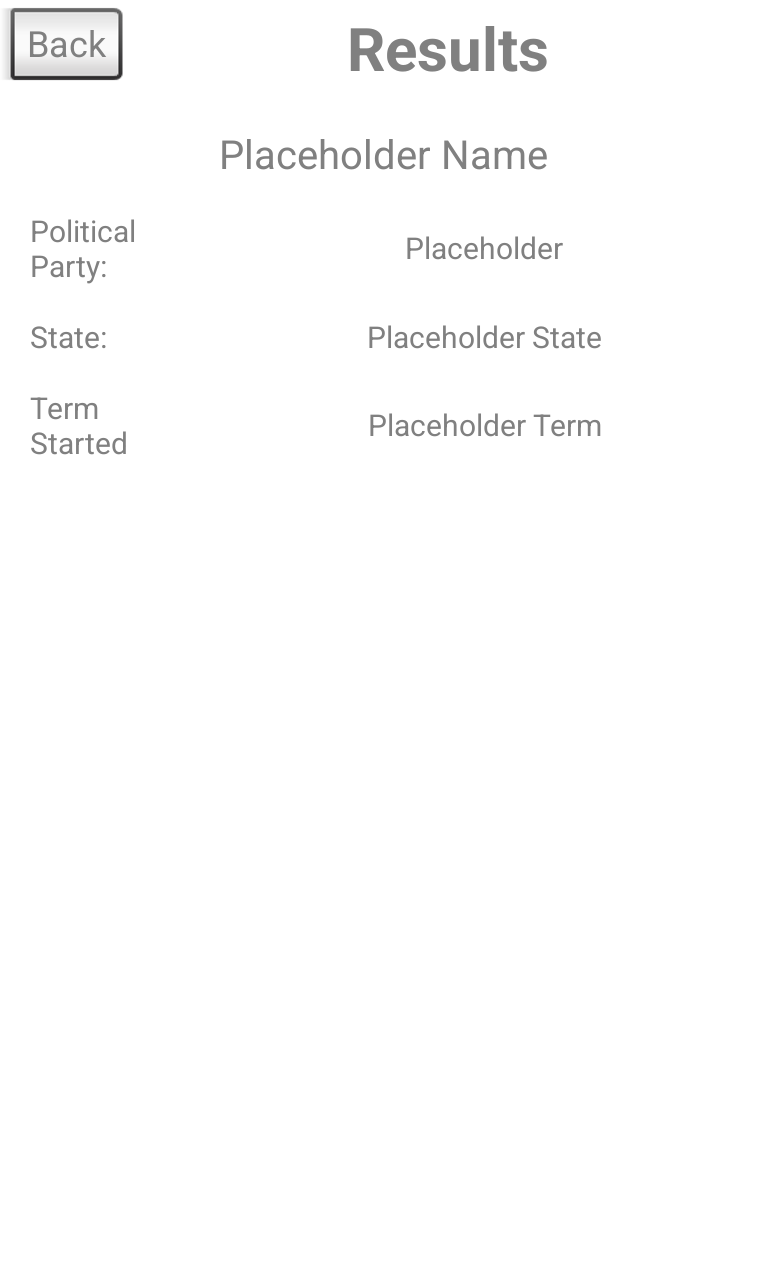
Repository: scottcaruso/Java_I_1307_Week4
Layout: myGov/res/layout/politician_display.xml
These files come from the project's save history. The layout is drawn as it stood at one moment and after the next save; the edit follows.
It is drawn on a 768 x 1280 px phone screen (xhdpi) without system bars, with theme AppTheme; the app's code is not run.

Above is the layout before, as saved 2013-08-01 21:15:38.

### myGov/res/layout/politician_display.xml
<?xml version="1.0" encoding="utf-8"?>
<LinearLayout xmlns:android="http://schemas.android.com/apk/res/android"
    android:layout_width="match_parent"
    android:layout_height="match_parent"
    android:orientation="vertical" >


    <LinearLayout
        android:layout_width="match_parent"
        android:layout_height="wrap_content"
        android:orientation="horizontal">
	    <Button
	        android:id="@+id/back"
	        style="@android:style/Widget.Holo.Button.Inset"
	        android:layout_width="wrap_content"
	        android:layout_height="wrap_content"
	        android:hint="@string/back" />

	    <TextView
	        android:id="@+id/foundpoliticians"
	        android:layout_width="match_parent"
	        android:layout_height="wrap_content"
	        android:layout_gravity="center"
	        android:gravity="center"
	        android:hint="@string/results"
	        android:textStyle="bold"
	        android:textSize="30sp" />

    </LinearLayout>

        <TextView
            android:id="@+id/politicianName"
            android:layout_width="wrap_content"
            android:layout_height="wrap_content"
            android:layout_gravity="center_horizontal"
            android:layout_marginTop="15dp"
            android:gravity="center"
            android:hint="@string/politician_name"
            android:textSize="20sp" />

     <LinearLayout
         android:id="@+id/partyLayout"
         android:layout_width="match_parent"
         android:layout_height="wrap_content"
         android:layout_marginTop="15dp"
         android:orientation="horizontal" >

         <TextView
             android:id="@+id/partylabel"
             android:layout_width="85dp"
             android:layout_height="wrap_content"
             android:layout_marginLeft="15dp"
             android:hint="@string/political_party_"
             android:textSize="15sp" />

         <TextView
             android:id="@+id/partytext"
             android:layout_width="match_parent"
             android:layout_height="wrap_content"
             android:layout_gravity="center"
	         android:gravity="center"
             android:hint="@string/placeholder"
             android:textSize="15sp" />
     </LinearLayout>

     <LinearLayout
         android:id="@+id/stateLayout"
         android:layout_width="match_parent"
         android:layout_height="wrap_content"
         android:layout_marginTop="15dp"
         android:orientation="horizontal" >

         <TextView
             android:id="@+id/statelabel"
             android:layout_width="85dp"
             android:layout_height="wrap_content"
             android:layout_marginLeft="15dp"
             android:hint="@string/state_"
             android:textSize="15sp" />

         <TextView
             android:id="@+id/partytext"
             android:layout_width="match_parent"
             android:layout_height="wrap_content"
             android:layout_gravity="center"
	         android:gravity="center"
             android:hint="@string/placeholder_state"
             android:textSize="15sp" />

     </LinearLayout>

     <LinearLayout
         android:id="@+id/termLayout"
         android:layout_width="match_parent"
         android:layout_height="wrap_content"
         android:layout_marginTop="15dp"
         android:orientation="horizontal" >

         <TextView
             android:id="@+id/termLabel"
             android:layout_width="85dp"
             android:layout_height="wrap_content"
             android:layout_marginLeft="15dp"
             android:hint="@string/term_started"
             android:textSize="15sp" />

         <TextView
             android:id="@+id/termText"
             android:layout_width="match_parent"
             android:layout_height="wrap_content"
             android:layout_gravity="center"
	         android:gravity="center"
             android:hint="@string/placeholder_term"
             android:textSize="15sp" />

     </LinearLayout>

final TextView polLabel = UIElementCreator.createLabel(currentMainContext, "Politician Name: ");
				final TextView polPartyLabel = UIElementCreator.createLabel(currentMainContext, "Party Affiliaition: ");
				final TextView polStateLabel = UIElementCreator.createLabel(currentMainContext, "From State: ");
				final TextView polTermLabel = UIElementCreator.createLabel(currentMainContext, "Term Started: ");
				final TextView polTwitterLabel = UIElementCreator.createLabel(currentMainContext, "Twitter Handle: ");
				final TextView polWebsiteLabel = UIElementCreator.createLabel(currentMainContext, "Website Address: ");

				final TextView polName = UIElementCreator.createLabel(currentMainContext,thisPol.getString("Name"));
				final TextView polParty = UIElementCreator.createLabel(currentMainContext, thisPol.getString("Party"));
				final TextView polState = UIElementCreator.createLabel(currentMainContext, thisPol.getString("State"));
				final TextView polTerm = UIElementCreator.createLabel(currentMainContext, thisPol.getString("Term Start"));
				final TextView polTwitter = UIElementCreator.createLabel(currentMainContext, thisPol.getString("Twitter"));
				final TextView polWebsite = UIElementCreator.createLabel(currentMainContext, thisPol.getString("Website"));

</LinearLayout>

### myGov/res/values/strings.xml
<?xml version="1.0" encoding="utf-8"?>
<resources>

    <string name="app_name">myGov</string>
    <string name="action_settings">Settings</string>
    <string name="hello_world">Hello world!</string>
    <string name="enter_zip">Enter Zip</string>
    <string name="search_now">Search Now</string>
    <string name="view_saved_politicians">View Saved Politicians</string>
    <string name="back">Back</string>
    <string name="results">Results</string>
    <string name="politician_name">Placeholder Name</string>
    <string name="political_party_">Political Party:</string>
    <string name="placeholder">Placeholder</string>
    <string name="state_">State:</string>
    <string name="placeholder_state">Placeholder State</string>
    <string name="placeholder_term">Placeholder Term</string>
    <string name="term_started">Term Started</string>

</resources>

Loaded but not shown: myGov/res/values/styles.xml (common file); myGov/res/values-v11/styles.xml (common file); myGov/res/values-v14/styles.xml (common file)

After the next save:
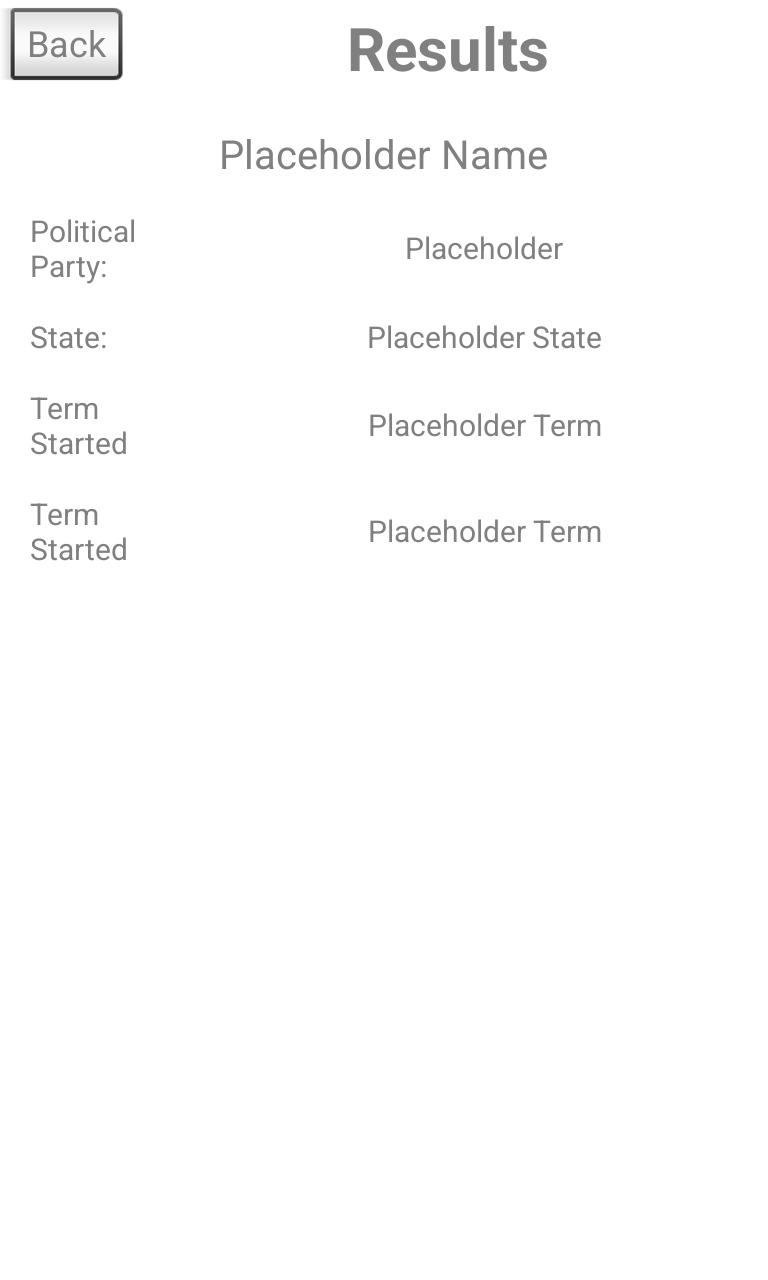
Saved 20 s later.
--- a/myGov/res/layout/politician_display.xml
+++ b/myGov/res/layout/politician_display.xml
@@ -115,6 +115,32 @@
 
      </LinearLayout>
 
+          <LinearLayout
+         android:id="@+id/twitterlayout"
+         android:layout_width="match_parent"
+         android:layout_height="wrap_content"
+         android:layout_marginTop="15dp"
+         android:orientation="horizontal" >
+
+         <TextView
+             android:id="@+id/termLabel"
+             android:layout_width="85dp"
+             android:layout_height="wrap_content"
+             android:layout_marginLeft="15dp"
+             android:hint="@string/term_started"
+             android:textSize="15sp" />
+
+         <TextView
+             android:id="@+id/termText"
+             android:layout_width="match_parent"
+             android:layout_height="wrap_content"
+             android:layout_gravity="center"
+	         android:gravity="center"
+             android:hint="@string/placeholder_term"
+             android:textSize="15sp" />
+
+     </LinearLayout>
+
 final TextView polLabel = UIElementCreator.createLabel(currentMainContext, "Politician Name: ");
 				final TextView polPartyLabel = UIElementCreator.createLabel(currentMainContext, "Party Affiliaition: ");
 				final TextView polStateLabel = UIElementCreator.createLabel(currentMainContext, "From State: ");
